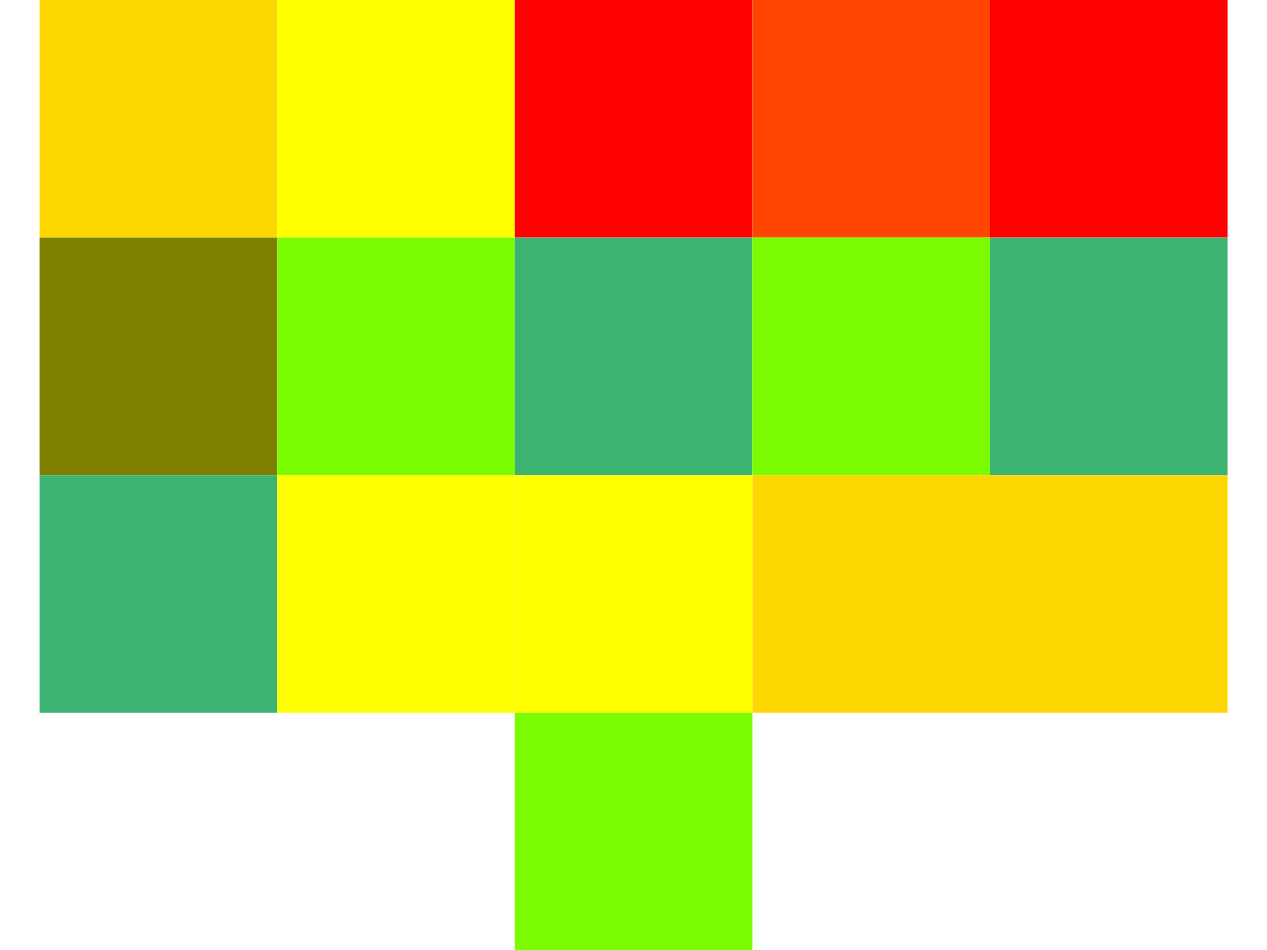
Repository: zhapar/color-boxes
Page: /
An editor plug-in stored every save of this project. The page is shown before and after the next save, followed by the edit.
The browser window is 1280 px wide. The pictures show the whole page, at 99% of full size.
The project was rebuilt for these pictures with package versions that can differ from the ones it lists, and the page was loaded fresh each time.

Above is the page before, as saved 2020-08-22 22:36:13.

After the next save:
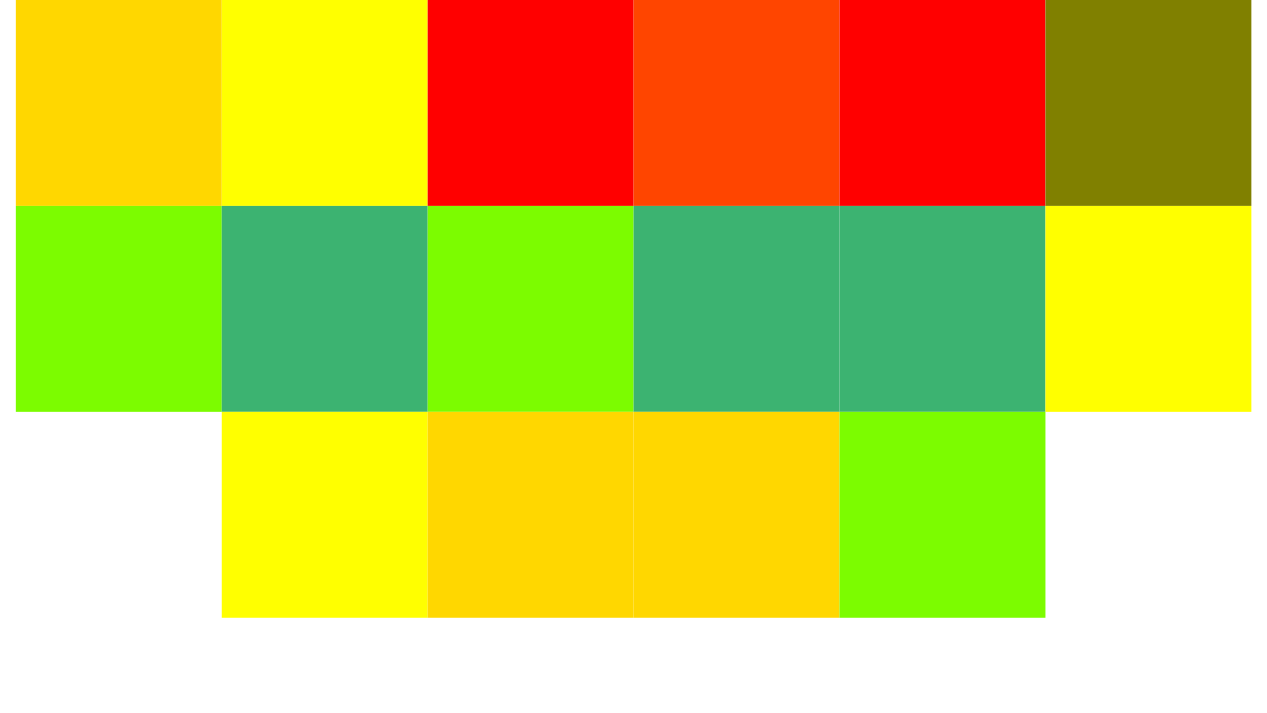
Saved 5 s later.
--- a/src/Box.css
+++ b/src/Box.css
@@ -1,4 +1,4 @@
 .Box {
-  width: 15rem;
-  height: 15rem;
+  width: 13rem;
+  height: 13rem;
 }
